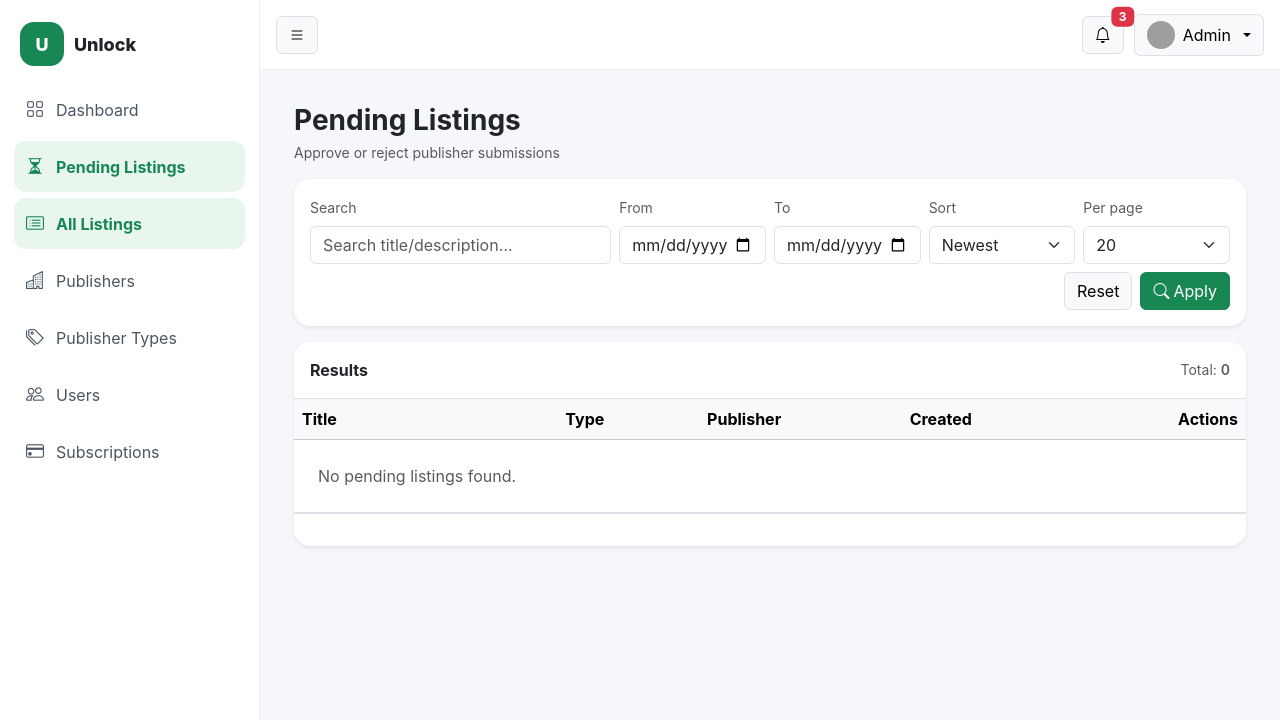
Repository: avmaurya07/unlock-dashboard
Page: /admin/listings/pending
An editor plug-in stored every save of this project. The page is shown before and after the next save, followed by the edit.
The browser window is 1280 px wide. The pictures show the whole page.
Pictures or frames that could not be fetched are drawn as grey boxes. The page's requests for data from a server got no answer. The project was rebuilt for these pictures with package versions that can differ from the ones it lists, and the page was loaded fresh each time. No one was signed in, and anything a server would have sent is missing. Also part of the build but not shown: vite.config.js, src/pages/publisher/InvestorPrograms.jsx, src/pages/publisher/Competitions.jsx, src/pages/publisher/Workshops.jsx, src/components/ProtectedRoute.jsx, src/pages/UserDashboard.jsx, src/api/adminDashboard.js, src/pages/AdminDashboard.jsx and 11 more.

Above is the page before, as saved 2026-01-09 17:01:09.

After the next save:
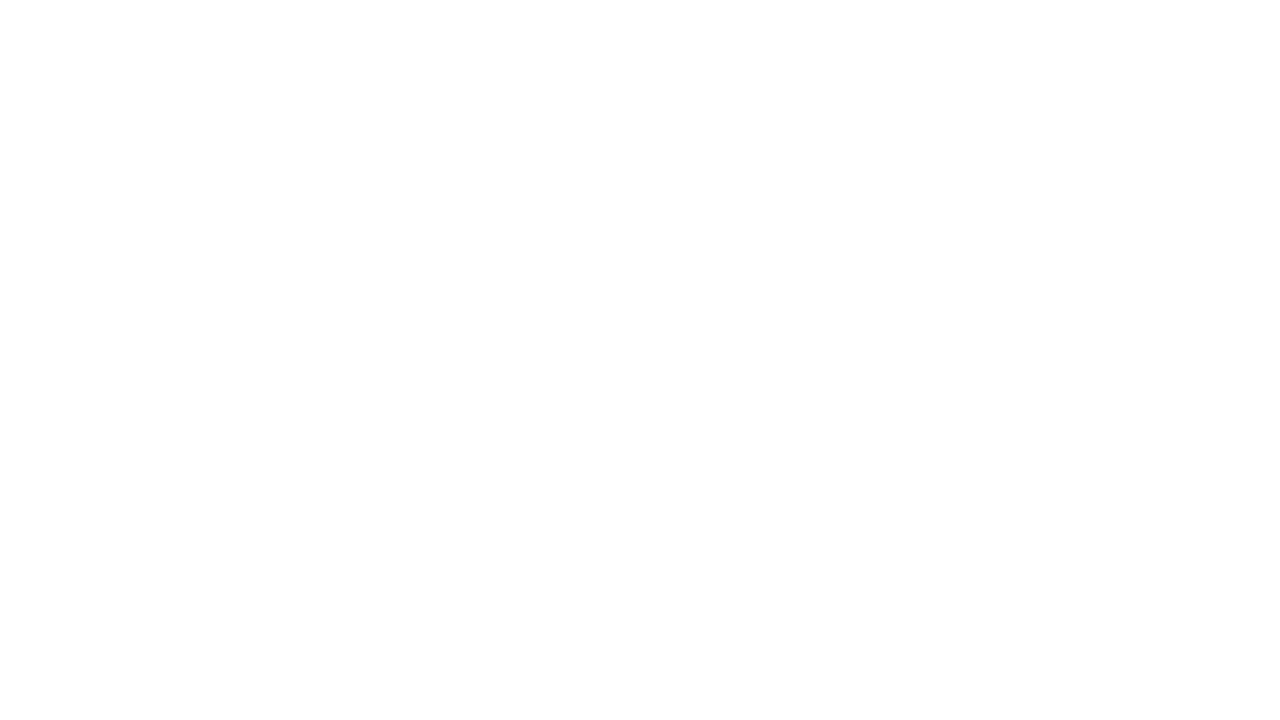
Console error: ReferenceError: FundingCalls is not defined
Saved 58 s later.
--- a/src/pages/publisher/FundingCalls.jsx
+++ b/src/pages/publisher/FundingCalls.jsx
@@ -1,8 +1 @@
-export default function Events() {
-  return (
-    <div>
-      <h2 className="mb-2">Funding event</h2>
-      <p className="text-muted">Events listing will appear here.</p>
-    </div>
-  );
-}
+FundingCalls.jsx

After the save that followed:
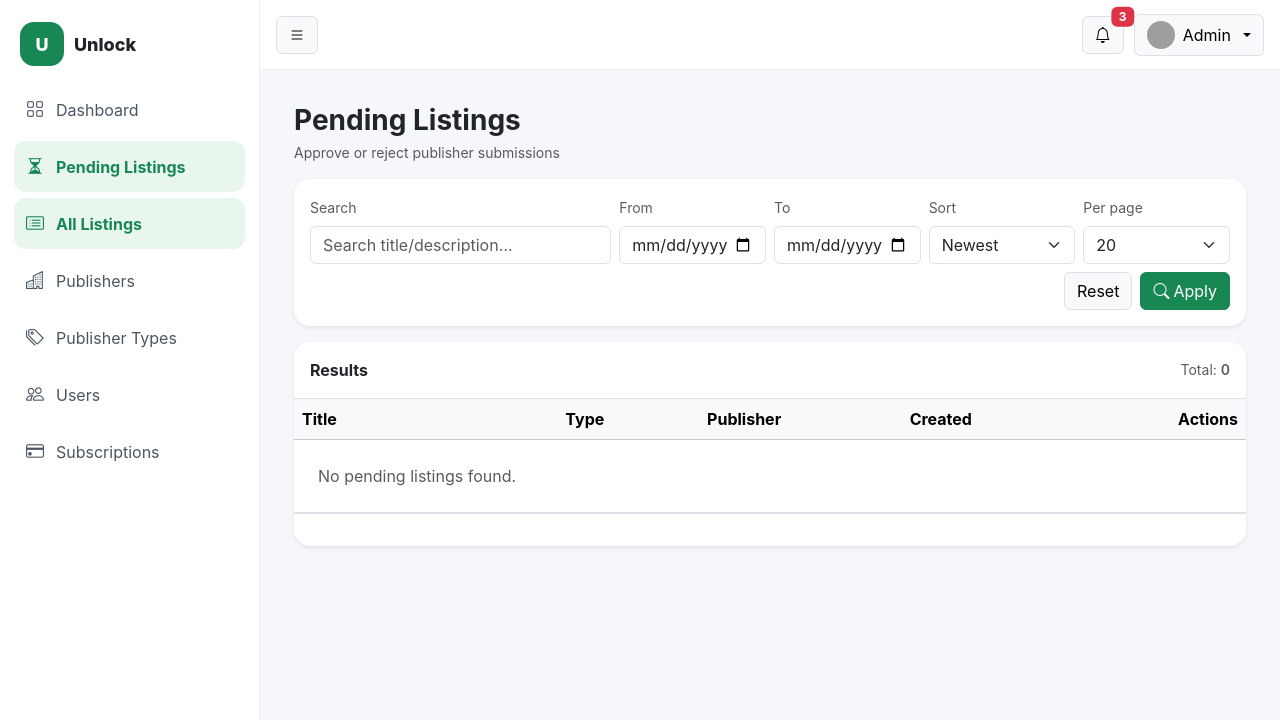
The error is gone.
Saved 7 s later.
--- a/src/pages/publisher/FundingCalls.jsx
+++ b/src/pages/publisher/FundingCalls.jsx
@@ -1 +1,25 @@
-FundingCalls.jsx
+import ListingManager from "./ListingManager";
+
+export default function FundingCalls() {
+  return (
+    <ListingManager
+      typeKey="funding"
+      title="Startup Funding Calls"
+      subtitle="Funding opportunities you post (mock for now)"
+      addButtonText="Add Funding Call"
+      searchKeys={["title", "stage", "location"]}
+      fields={[
+        { name: "title", label: "Funding Call Title", required: true, col: "col-12" },
+        { name: "stage", label: "Startup Stage", col: "col-md-6", placeholder: "Pre-seed / Seed / Series A" },
+        { name: "fundingAmount", label: "Funding Amount", col: "col-md-6", placeholder: "e.g. $50k–$200k" },
+        { name: "location", label: "Location", col: "col-md-6" },
+        { name: "deadline", label: "Deadline", type: "date", col: "col-md-6" },
+        { name: "description", label: "Details", type: "textarea", required: true, col: "col-12" },
+      ]}
+      sampleData={[
+        { _id: "f1", title: "Seed Funding – SaaS", stage: "Seed", fundingAmount: "$100k–$250k", location: "India", status: "approved", createdAt: new Date().toISOString() },
+        { _id: "f2", title: "Pre-seed – AI Products", stage: "Pre-seed", fundingAmount: "$25k–$75k", location: "Online", status: "pending", createdAt: new Date().toISOString() },
+      ]}
+    />
+  );
+}
